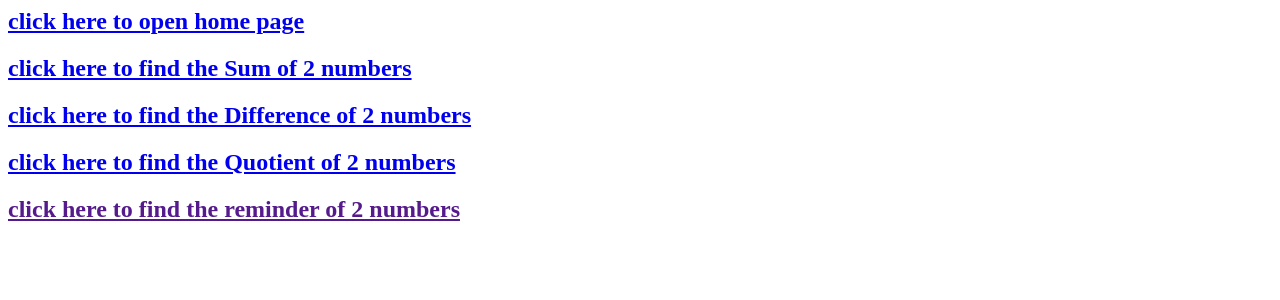
Repository: venkateshvenkeee/springprojects
Page: http://localhost/spring-mvc-demo/
The author's editor kept a copy of each file at every save. The page is drawn from the files as they stood at one save, then again after the next save.
The browser window is 1280 px wide. The pictures show the whole page.
The page is served by Tomcat 9.

Above is the page before, as saved 2024-04-13 09:41:24.

After the next save:
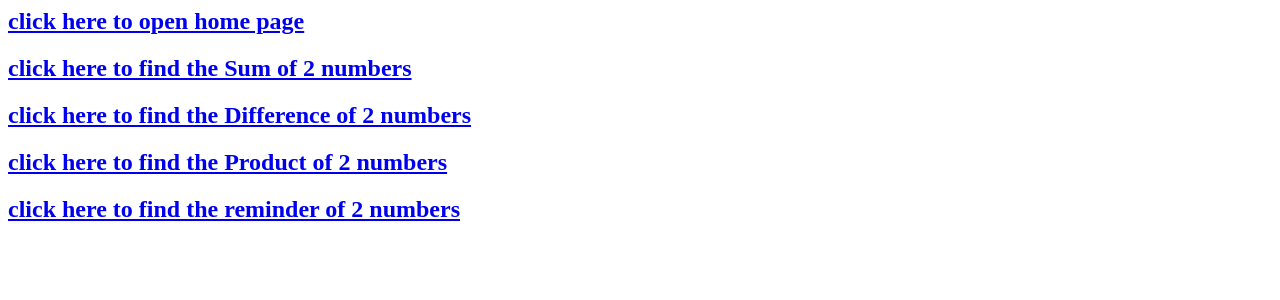
Saved 35 s later.
--- a/spring-mvc-demo/src/main/webapp/WEB-INF/views/index.jsp
+++ b/spring-mvc-demo/src/main/webapp/WEB-INF/views/index.jsp
@@ -10,10 +10,10 @@
 		<a href="open-view?view=findDiff">click here to find the Difference of 2 numbers</a>
 	</h2>
 	<h2>
-		<a href="open-view?view=findProduct">click here to find the Quotient of 2 numbers</a>
+		<a href="open-view?view=findProduct">click here to find the Product of 2 numbers</a>
 	</h2>
 	<h2>
-		<a href="">click here to find the reminder of 2 numbers</a>
+		<a href="open-view?view=findReminder">click here to find the reminder of 2 numbers</a>
 	</h2>
 </body>
 </html>
